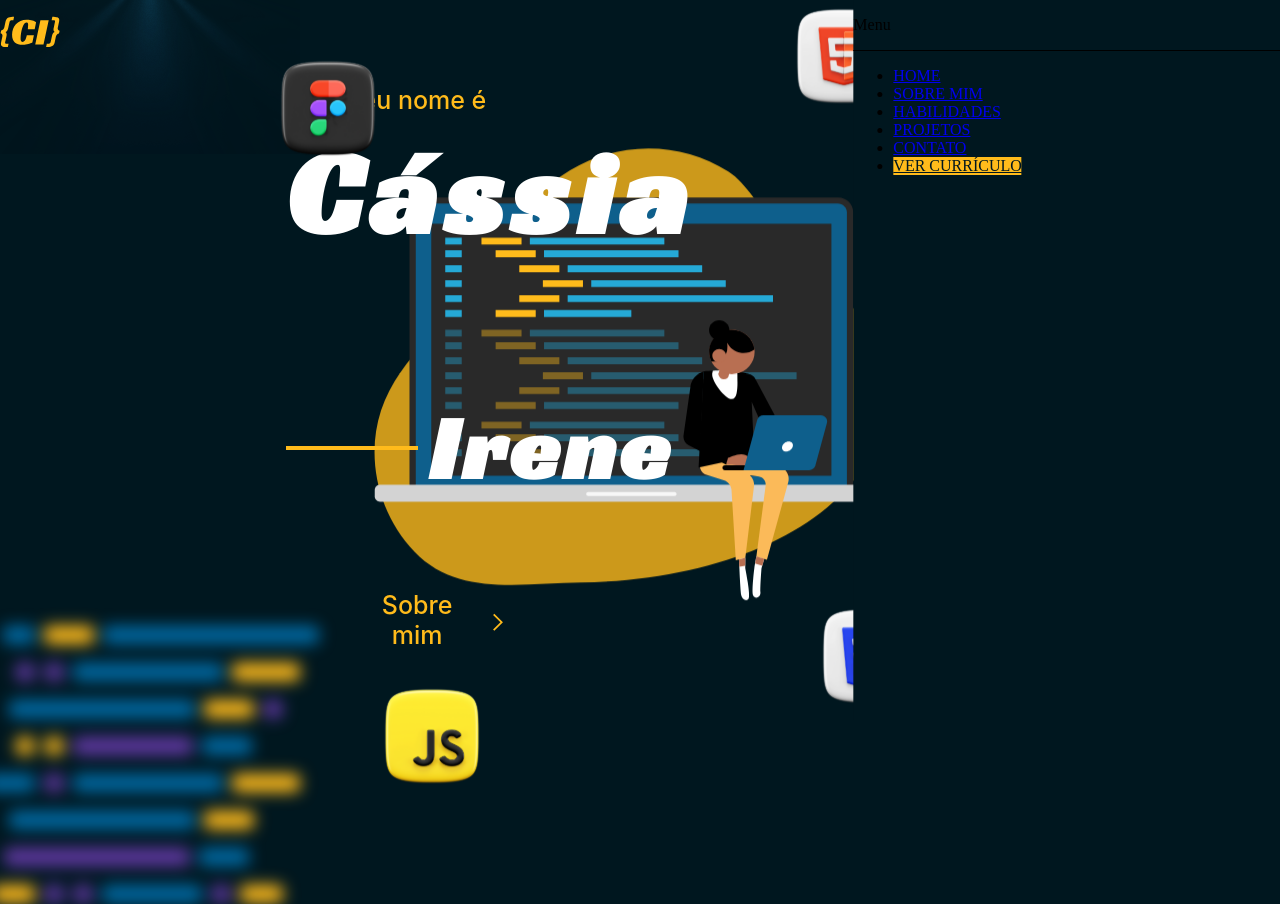
Repository: Cassia-Irene/My-Portfolio
Page: /
These files come from the project's save history. The page is drawn as it stood at one moment and after the next save; the edit follows.
The browser window is 1280 px wide. The pictures show the whole page.
The project was rebuilt for these pictures with package versions that can differ from the ones it lists, and the page was loaded fresh each time. Also part of the build but not shown: vite.config.ts.

Above is the page before, as saved 2025-12-09 02:59:15.

After the next save:
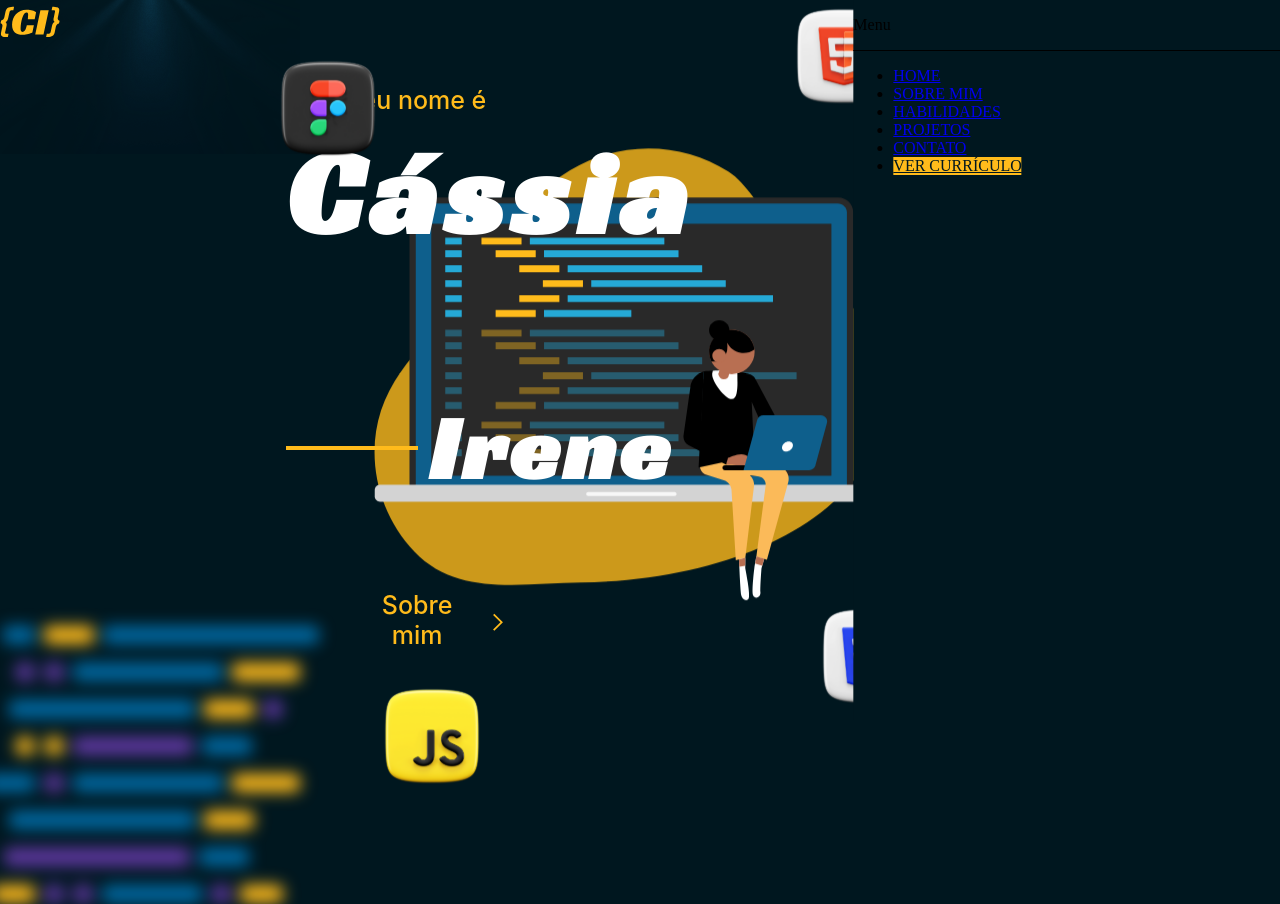
Saved 73 s later.
--- a/src/Header.tsx
+++ b/src/Header.tsx
@@ -39,7 +39,7 @@ const Header: React.FC = () => {
           <img
             src={LogoImg}
             alt="Logo"
-            className="w-[60px] h-[64px] md:w-[80px] md:h-[64px]"
+            className="w-[60px] h-[44px] md:w-[80px] md:h-[64px]"
           />
         </a>
 
